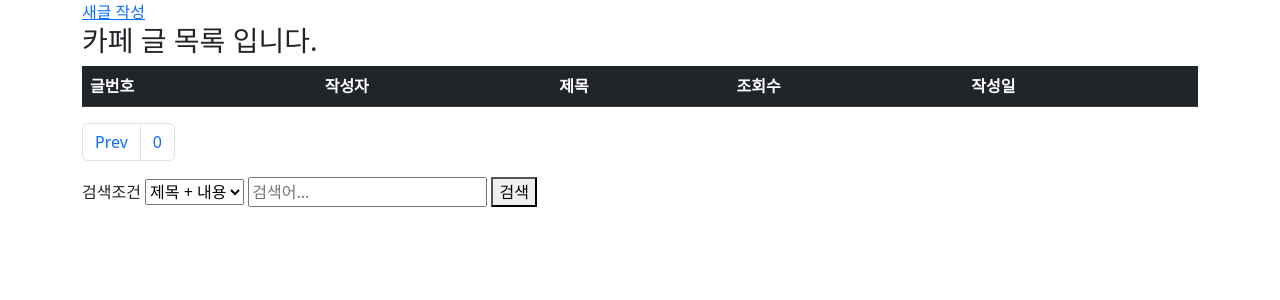
Repository: yeonjinju/spring_project
Page: http://localhost/spring_myboard/WEB-INF/views/board/list.jsp
An editor plug-in stored every save of this project. The page is shown before and after the next save, followed by the edit.
The browser window is 1280 px wide. The pictures show the whole page.
The page is served by Tomcat 9. Nobody is signed in. Other server files are loaded and not shown. The template is opened directly, without the code that normally fills it, so the values that code supplies are empty.

Above is the page before, as saved 2023-07-09 14:30:47.

### spring_myboard/src/main/webapp/WEB-INF/views/board/list.jsp
<%@ page language="java" contentType="text/html; charset=UTF-8"
    pageEncoding="UTF-8"%>
<%@taglib uri="http://java.sun.com/jsp/jstl/core" prefix="c" %>
<!DOCTYPE html>
<html>
<head>
<meta charset="UTF-8">
<title>/views/cafe/list.jsp</title>
<link href="https://cdn.jsdelivr.net/npm/bootstrap@5.2.2/dist/css/bootstrap.min.css" rel="stylesheet" integrity="sha384-Zenh87qX5JnK2Jl0vWa8Ck2rdkQ2Bzep5IDxbcnCeuOxjzrPF/et3URy9Bv1WTRi" crossorigin="anonymous">
<link rel="stylesheet" href="https://cdnjs.cloudflare.com/ajax/libs/animate.css/4.1.1/animate.min.css"/>
<script src="https://cdn.jsdelivr.net/npm/bootstrap@5.2.2/dist/js/bootstrap.bundle.min.js" integrity="sha384-OERcA2EqjJCMA+/3y+gxIOqMEjwtxJY7qPCqsdltbNJuaOe923+mo//f6V8Qbsw3" crossorigin="anonymous"></script>
</head>
<body>
   <div class="container">
      <a href="${pageContext.request.contextPath }/cafe/insertform">새글 작성</a>
      <h3>카페 글 목록 입니다.</h3>
      <table class="table table-striped">
         <thead class="table-dark">
            <tr>
               <th>글번호</th>
               <th>작성자</th>
               <th>제목</th>
               <th>조회수</th>
               <th>작성일</th>
            </tr>
         </thead>
         <tbody>
            <c:forEach var="tmp" items="${list }">
               <tr>
                  <td>${tmp.num }</td>
                  <td>${tmp.writer }</td>
                  <td>
                     <a href="detail?num=${tmp.num }&condition=${condition}&keyword=${encodedK}">${tmp.title }</a>
                  </td>
                  <td>${tmp.viewCount }</td>
                  <td>${tmp.regdate }</td>
               </tr>
            </c:forEach>
         </tbody>
      </table>
      <nav>
         <ul class="pagination">
            <%--
               startPageNum 이 1 이 아닌 경우에만 Prev 링크를 제공한다.
               &condition=${condition}&keyword=${encodedK}
             --%>
            <c:if test="${startPageNum ne 1 }">
               <li class="page-item">
                  <a class="page-link animate__animated" href="list?pageNum=${startPageNum-1 }&condition=${condition}&keyword=${encodedK}">Prev</a>
               </li>
            </c:if>
            <c:forEach var="i" begin="${startPageNum }" end="${endPageNum }">
               <li class="page-item ${pageNum eq i ? 'active' : '' }">
                  <a class="page-link animate__animated" href="list?pageNum=${i }&condition=${condition}&keyword=${encodedK}">${i }</a>
               </li>
            </c:forEach>
            <%--
               마지막 페이지 번호가 전체 페이지의 갯수보다 작으면 Next 링크를 제공한다.
             --%>
            <c:if test="${endPageNum lt totalPageCount }">
               <li class="page-item">
                  <a class="page-link animate__animated" href="list?pageNum=${endPageNum+1 }&condition=${condition}&keyword=${encodedK}">Next</a>
               </li>
            </c:if>
         </ul>
      </nav>
      <script>
         document.querySelectorAll(".pagination a").forEach(function(item){
            //item 은 a 의 참조값이다 모든 a 요소에 mouseover 이벤트가 발생했을때 실행할 함수 등록
            item.addEventListener("mouseover", function(e){
               //애니메이션 클래스를 추가해서 애니메이션이 동작하도록한다.
               e.target.classList.add("animate__swing");
            });
            //item 은 a 의 참조값이다 모든 a 요소에 animationend 이벤트가 발생했을때 실행할 함수 등록
            item.addEventListener("animationend", function(e){
               //애니메이션 클래스를 제거해서 다음번에 추가 되면 다시 애니매이션이 동작 되도록한다.
               e.target.classList.remove("animate__swing");
            });
         });
      </script>

            <!-- 검색 폼 -->
      <form action="list" method="get">
         <label for="condition">검색조건</label>
         <select name="condition" id="condition">
            <option value="title_content" ${condition eq 'title_content' ? 'selected' : '' }>제목 + 내용</option>
            <option value="title" ${condition eq 'title' ? 'selected' : '' }>제목</option>
            <option value="writer" ${condition eq 'writer' ? 'selected' : '' }>작성자</option>
         </select>
         <input type="text" name="keyword" placeholder="검색어..." value="${keyword }"/>
         <button type="submit">검색</button>
      </form>
      <c:if test="${not empty condition }">
         <p>
            <strong>${totalRow }</strong> 개의 자료가 검색 되었습니다.
            <a href="list">리셋</a>
         </p>
      </c:if>
   </div>
</body>
</html>

After the next save:
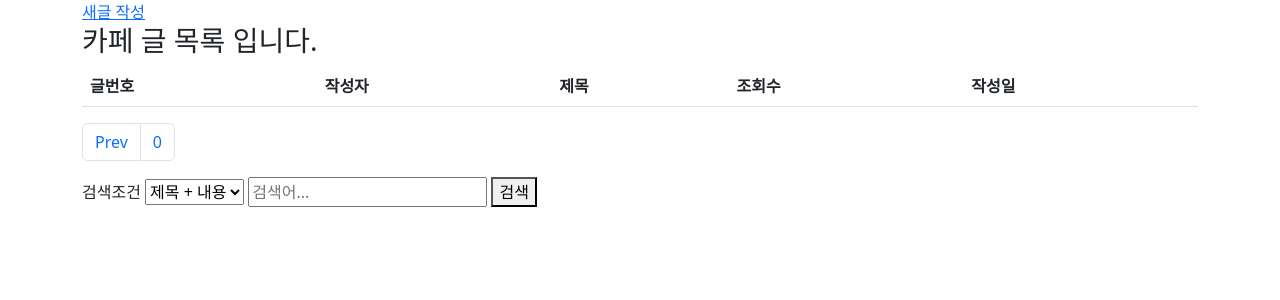
Saved 20 s later.
--- a/spring_myboard/src/main/webapp/WEB-INF/views/board/list.jsp
+++ b/spring_myboard/src/main/webapp/WEB-INF/views/board/list.jsp
@@ -15,7 +15,7 @@
       <a href="${pageContext.request.contextPath }/cafe/insertform">새글 작성</a>
       <h3>카페 글 목록 입니다.</h3>
       <table class="table table-striped">
-         <thead class="table-dark">
+         <thead class="table">
             <tr>
                <th>글번호</th>
                <th>작성자</th>
